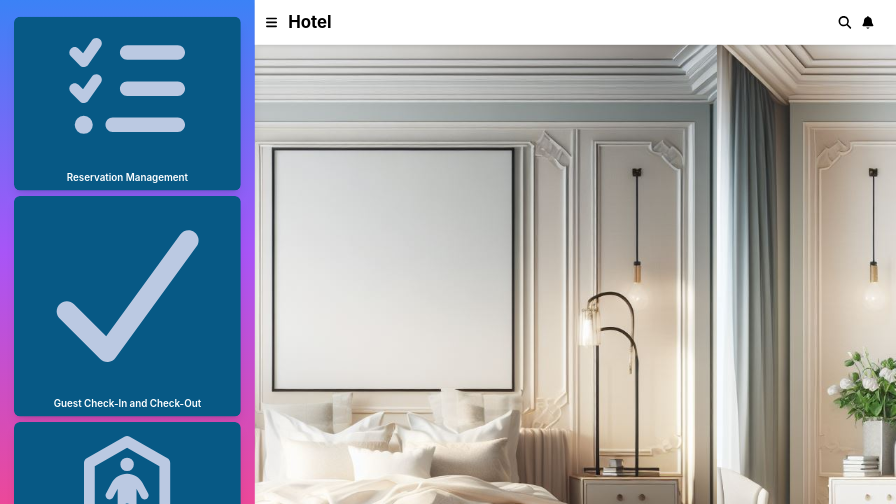
Repository: musabismael/Hotel
Page: /
These files come from the project's save history. The page is drawn as it stood at one moment and after the next save; the edit follows.
The browser window is 1280 px wide. The pictures show the part of the page from y = 0 to 1920 px (the page is 720 px tall before and 3016 px after), at 70% of full size.
The project was rebuilt for these pictures with package versions that can differ from the ones it lists, and the page was loaded fresh each time. Also part of the build but not shown: vite.config.js, src/App.css, src/pages/ReservationManagement.jsx, src/pages/GuestCheckInOut.jsx, src/pages/RoomManagement.jsx, src/pages/BillingPayment.jsx, src/pages/HousekeepingMaintenance.jsx, src/pages/GuestServices.jsx and 6 more.

Above is the page before, as saved 2023-10-01 19:06:21.

After the next save:
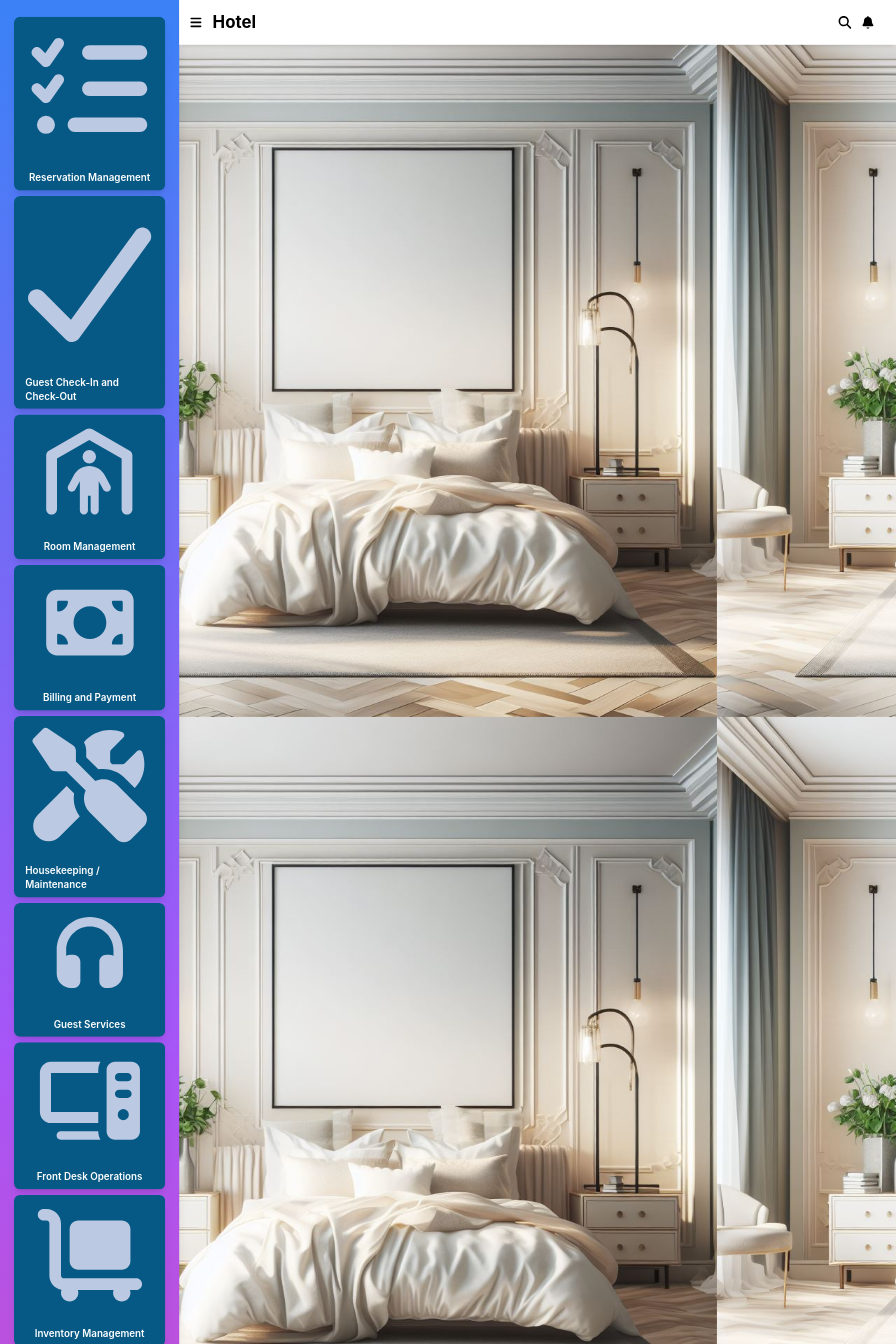
Saved 4 s later.
--- a/src/component/Sidebar.jsx
+++ b/src/component/Sidebar.jsx
@@ -114,7 +114,7 @@ const Sidebar = () => {
     console.log(`Card with ID ${id} clicked`);
   };
   return (
-          <aside className="p-4 h-screen overflow-y-auto bg-gradient-to-b from-blue-500 via-purple-500 to-pink-500 shadow-lg">
+          <aside className="p-4 w-1/5 min-h-screen overflow-y-auto bg-gradient-to-b from-blue-500 via-purple-500 to-pink-500 shadow-lg">
 
       <nav>
         {cardData.map((card) => (
